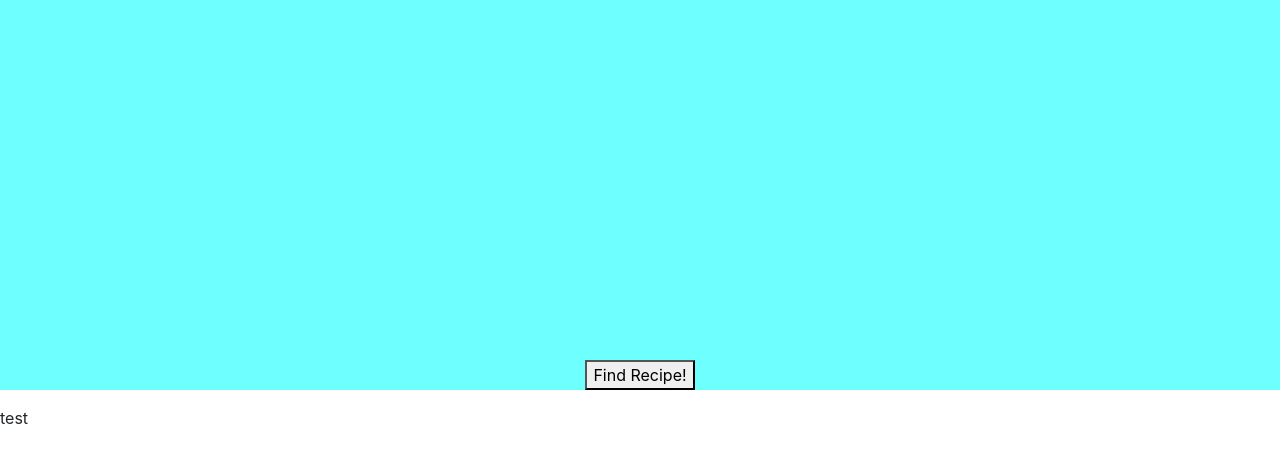
Repository: harness787/recipe-generator
Page: index.html
The author's editor kept a record of every edit. The page is drawn from the files as they stood at one moment, then again after the next edit.
The browser window is 1280 px wide. The pictures show the whole page.
Some web libraries are served in a nearby version.

Above is the page before.

After the next edit:
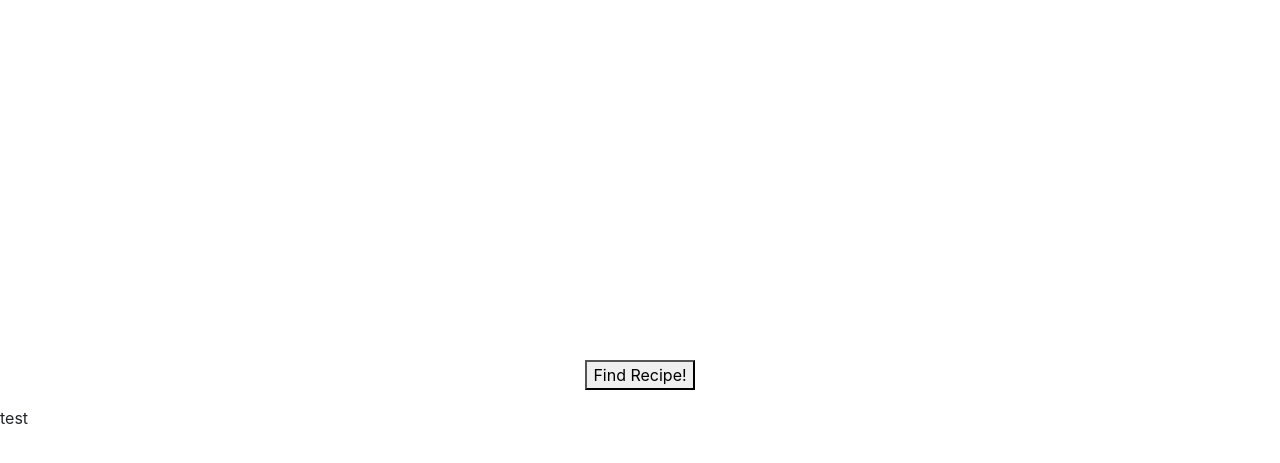
The edit:
--- a/assets/css/style.css
+++ b/assets/css/style.css
@@ -1,5 +1,4 @@
 .firstpage {
     padding-top: 50vh;
     width: 100%;
-    background-color: #6EFFFF;
 }
